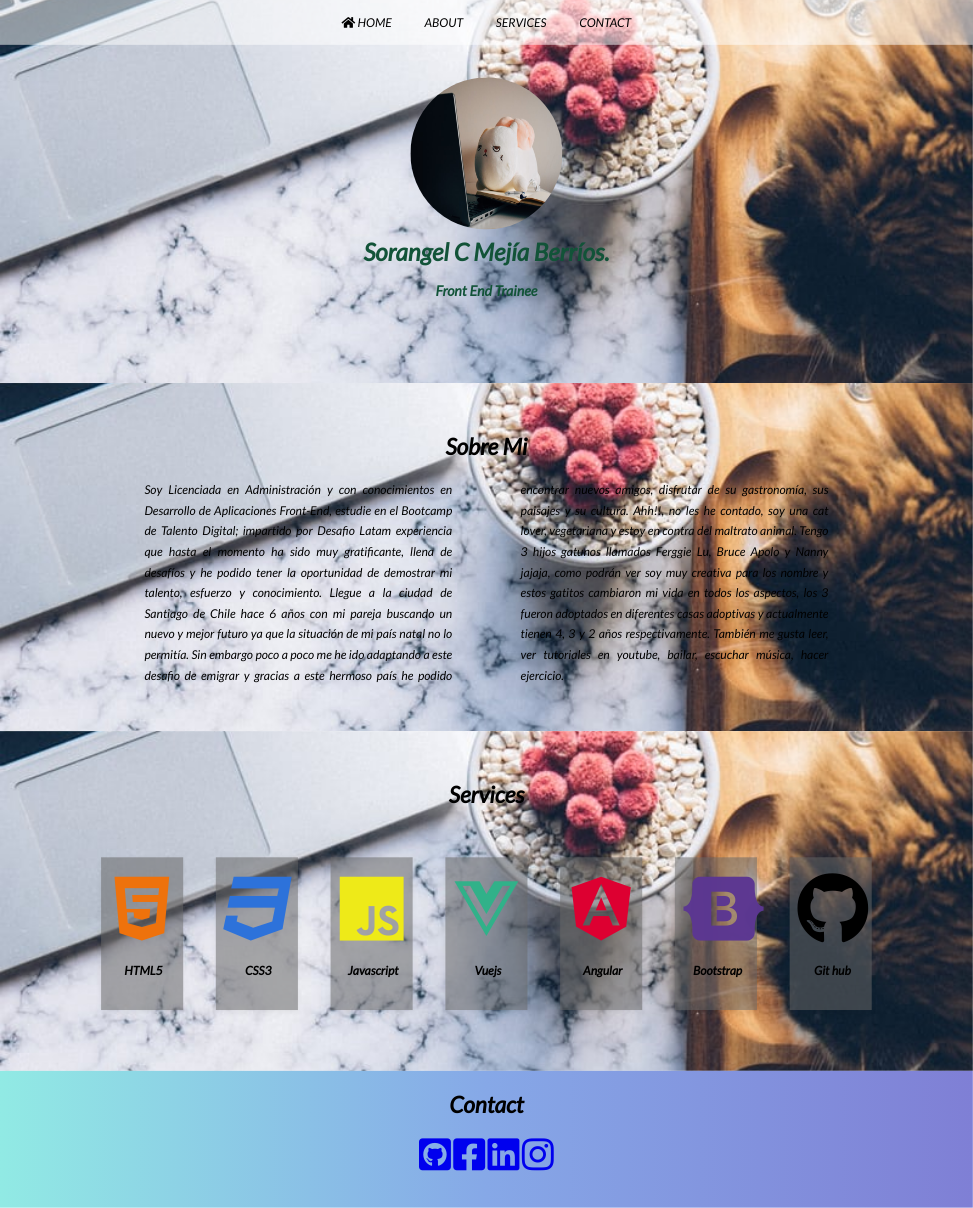
Repository: sory2311/portfolio-css
Page: index.html
An editor plug-in stored every save of this project. The page is shown before and after the next save, followed by the edit.
The browser window is 1280 px wide. The pictures show the whole page, at 76% of full size.
Backgrounds fixed to the window are drawn as part of the page. Some web libraries are served in a nearby version.

Above is the page before, as saved 2021-05-27 19:12:37.

### index.html
<!DOCTYPE html>
<html lang="en">
  <head>
    <meta charset="UTF-8" />
    <meta name="viewport" content="width=device-width, initial-scale=1.0" />
    <title>Document</title>
    <link
      rel="stylesheet"
      href="https://cdnjs.cloudflare.com/ajax/libs/font-awesome/5.14.0/css/all.min.css"
    />
    <link
      href="https://fonts.googleapis.com/css2?family=Lato:ital@1&display=swap"
      rel="stylesheet"
    />
    <link rel="stylesheet" href="./css/style.css" />
  </head>

  <body>
    <nav class="sidebar">
      <a href="#home" class="sidebar-item"><i class="fas fa-home"></i> Home</a>
      <a href="#about" class="sidebar-item">About</a>
      <a href="#services" class="sidebar-item">Services</a>
      <a href="#contact" class="sidebar-item">Contact</a>
      <a href="javscript:void(0)" class="close"><i class="fa fa-times"></i></a>
    </nav>
    <a href="javscript:void(0)" class="open"><i class="fa fa-bars"></i></a>

    <!--aqui comienza el home-->
    <header id="home">
      <img src="./img/avatar2.jpeg" alt="Mi foto" class="avatar" />
      <h1 class="header-name">Sorangel C Mejía Berríos.</h1>
      <h3 class="header-title">Front End Trainee</h3>
    </header>

    <!--aqui comienza el acerca de:-->
    <section id="about">
      <div class="container">
        <h1 class="section-title">Sobre Mi</h1>
        <p class="about-content">
          Soy Licenciada en Administración y con conocimientos en Desarrollo de Aplicaciones Front-End,
          estudie en el Bootcamp de Talento Digital; impartido por Desafio Latam
          experiencia que hasta el momento ha sido muy gratificante, llena de
          desafíos y he podido tener la oportunidad de demostrar mi
          talento, esfuerzo y conocimiento. Llegue a la ciudad de Santiago de Chile hace 6 años con mi pareja buscando un nuevo y mejor futuro
          ya que la situación de mi país natal no lo permitía. Sin embargo poco a poco me he ido adaptando a
          este desafio de emigrar y gracias a este hermoso país he podido encontrar nuevos amigos, disfrutar
          de su gastronomía, sus paisajes y su cultura.
          Ahh!!, no les he contado, soy una cat lover, vegetariana y estoy en contra del maltrato animal.
                    Tengo 3 hijos gatunos llamados Ferggie Lu, Bruce Apolo y Nanny jajaja, como podrán ver soy muy
                    creativa para los nombre y estos gatitos cambiaron mi vida en todos los aspectos, los 3
                    fueron
                    adoptados en diferentes casas adoptivas y actualmente tienen 4, 3 y 2 años respectivamente.
                    También me gusta leer, ver tutoriales en youtube, bailar, escuchar música, hacer
                    ejercicio.
        </p>
      </div>
    </section>
    <!--aqui comienza el servicios-->
    <section id="services">
      <div class="container">
        <h1 class="section-title">Services</h1>
        <div class="card">
          <i class="fab fa-html5 fa-6x icon-html5"></i>
          <div class="container">
            <h4 class="title">HTML5</h4>
          </div>
        </div>
        <div class="card">
          <i class="fab fa-css3 fa-6x icon-css3"></i>
          <div class="container">
            <h4 class="title">CSS3</h4>
          </div>
        </div>
        <div class="card">
          <i class="fab fa-js fa-6x icon-js"></i>
          <div class="container">
            <h4 class="title">Javascript</h4>

          </div>
        </div>
        <div class="card">
                <i class="fab fa-vuejs fa-6x icon-vuejs"></i>
                <div class="container">
                  <h4 class="title">Vuejs</h4>
                </div>
              </div>
              <div class="card">
                <i class="fab fa-angular fa-6x icon-angular"></i>
                <div class="container">
                  <h4 class="title">Angular</h4>

                </div>
              </div>
              <div class="card">
                    <i class="fab fa-bootstrap fa-6x icon-bootstrap"></i>
                    <div class="container">
                      <h4 class="title">Bootstrap</h4>

                    </div>
                  </div>
                  <div class="card">
                        <i class="fab fa-github fa-6x icon-github"></i>
                        <div class="container">
                          <h4 class="title">Git hub</h4>

                        </div>
                      </div>
      </div>
    </section>

    <!--aqui comienza el contacto-->
    <section id="contact">
      <div class="container">
        <h1 class="section-title">Contact</h1>
                  <div class="col-sm-6 footer">

                          <div class="icons-footer">
                              <a href="https://github.com/sory2311/" target='_blank'><i
                                      class="fab fa-github-square fa-3x"></i></a>
                              <a href="https://www.facebook.com/sory.mejiab/" target='_blank'><i
                                class="fab fa-facebook-square fa-3x"></i></a>
                              <a href="https://www.linkedin.com/in/sorangel-mejía-berrios-803b10107/" target='_blank'><i
                                class="fab fa-linkedin fa-3x"></i></a>
                              <a href="https://www.instagram.com/ferbrunny.2102/" target='_blank'><i
                                class="fab fa-instagram fa-3x"></i></a>
                          </div>
                      </div>



      </div>
    </section>

    <script src="./js/main.js"></script>
  </body>
</html>

### css/style.css
body {
   margin: 0;
   font-family: 'Lato';
}
/* aqui comienza el SIDEBAR*/

.sidebar {
    background-color: #ffffff88;
    overflow: hidden;
    position: fixed;
    text-align: center;
    top: 0;
    width: 100%;
    z-index: 3;
}

.sidebar .sidebar-item {
    color: black;
    font-size: 1em;
    padding: 20px;
    margin: 0 auto;
    text-decoration: none;
    text-transform: uppercase;
    display: inline-block;
}

.sidebar .sidebar-item:hover {
    background-color: #cccccc;

}

.sidebar .close {
    color: black;
    display: none;
    font-size: 1em;
    padding: 10px;
    position: absolute;
    top: 0;
    right: 30px;

}
.sidebar .close:hover {
    color: #3e34cc;
}

.open {
    color: #3e34cc;
    display: none;
    font-size: 1em;
    position: absolute;
    right: 12%;
    padding: 10px;
    top: 0;
    z-index: 2;
}
/* aqui TERMINA el SIDEBAR*/

/* aqui COMIENZA el HOME*/

#home {
    width: 100%;
    height: 70vh;
    display: flex;
    flex-direction: column;
    justify-content: center;
    align-items: center;
    background-attachment: fixed;
    background-image: url(../img/fondo/fondo7.jpeg);
    background-position: center center;
    background-size: cover;
}

#home .avatar {
    border-radius: 100px;
    width:200px;
    height:200px;



}
#home .header-name, #home .header-title{
text-align: center;
margin: 10px;
color: rgb(18, 83, 56);
}

/* aqui Termina el HOME*/


/* ---------  aqui COMIENZA el ABOUT*/

#about {
    width: 100%;
    height: auto;
    text-align: center;
    background-attachment: fixed;
    background-image: url(../img/fondo/fondo7.jpeg);
    background-position: center center;
    background-size: cover;

}

#about .container {
    width: 100%;
    max-width: 1200px;
    margin: 0 auto;
    padding-top: 40px;
    padding-bottom: 40px;
}

#about .container .about-content{
    text-align: justify;
    column-count: 2;
    column-gap: 10%;
    margin: 20px auto;
    line-height: 1.7em;
    width: 75%;
}
/* ------------  aqui Termina el ABOUT    */


 /* LA SESION TITLE SE REFERIERE A TODOS NUESTROS H1*/
 .section-title {
     font-size: 30px;
     color: black;
     text-align: center;
 }
 /* LA SESION TITLE SE REFERIERE A TODOS NUESTROS H1*/


/* ------------  aqui COMIENZA el SERVICES   */

 #services {
     width: 100%;
     background-attachment: scroll;
     background-position: center center;
     background-size: cover;
     background-image: url(../img/fondo/fondo7.jpeg);
 }

 #services .container{
    width: 100%;
    max-width: 1200px;
    margin: 0 auto;
    text-align: center;
    padding-top: 40px;
    padding-bottom: 40px;
 }

 #services .container .card{
     background-color: #66666688;
     box-shadow: 0 4px 8px 0 #00000011;
     display: inline-block;
     margin: 40px 20px;
     padding: 20px 10px;
     width: 88px;
     text-align: center;
 }

 #services .container .card .container{
     padding: 2px;
     text-align: center;
 }

 #services .container .card .container h4,
 #services .container .card .container p {
    text-align: center;
    display: block;
 }

 #services .container .card .icon-html5 {
color: rgb(238, 114, 12)
 }

 #services .container .card .icon-css3 {
     color: rgb(45, 114, 218)
}
#services .container .card .icon-js {
    color: rgb(238, 234, 24)
}

#services .container .card .icon-vuejs {
    color: #31b189;
}

#services .container .card .icon-bootstrap {
    color: #5b3791fb;
}
#services .container .card .icon-angular {
    color: #DD0031;
}

/* ------------  aqui COMIENZA el CONTACTOS   */
#contact {
    width: 100%;
    height: 25vh;
    text-align: center;
    background-attachment: fixed;
    background: #7F7FD5;  /* fallback for old browsers */
    background: -webkit-linear-gradient(to right, #91EAE4, #86A8E7, #7F7FD5);  /* Chrome 10-25, Safari 5.1-6 */
    background: linear-gradient(to right, #91EAE4, #86A8E7, #7F7FD5); /* W3C, IE 10+/ Edge, Firefox 16+, Chrome 26+, Opera 12+, Safari 7+ */
    display: flex;
    flex-direction: column;



    /*background-image: url(../img/fondo/fondo3.jpeg);
    background-position: center center;
    background-size: cover;*/
}






/*PARA TRABAJAR CON MEDIA QUERIES*/

@media only screen and (min-width: 375px) and (max-width: 410px) {
    #home .avatar {
        width: 50%;
    }

    #about .container .about-content {
        text-align: justify;
        column-count: 1;
        margin: 20px auto;
        line-height: 1.7em;
        width: 75%;
    }

}

@media only screen and (min-width: 411px) and (max-width: 767px) {
    .sidebar {
        background-color: #3e34cc;
        height: 100%;
        padding-top: 40px;
        position: fixed;
        overflow-x: hidden;
        text-align: center;
        top: 0;
        transition: .5s;
        width: 0;
        z-index: 3;
    }

    .sidebar .sidebar-item {
        padding: 10px 0;
        margin: 0 auto;
        text-decoration: none;
        color: #fff;
        font-size: .8em;
        text-transform: uppercase;
        display: block;
        transition: .5s;
    }

    .sidebar .close {
        display: block;
        z-index: 3;
    }

    .open {
        display: block;
        font-size: 1em;
        z-index: 2;
    }

    #home .avatar {
        width: 75%;
    }

    #about .container .about-content {
        text-align: justify;
        column-count: 1;
        margin: 20px auto;
        line-height: 1.7em;
        width: 75%;
    }



}

@media only screen and (min-width: 768px) and (max-width: 1024px) {

    .sidebar {
        background-color: #3e34cc;
        height: 100%;
        padding-top: 40px;
        position: fixed;
        overflow-x: hidden;
        text-align: center;
        top: 0;
        transition: .5s;
        width: 0;
        z-index: 3;
    }

    .sidebar .sidebar-item {
        padding: 10px 0;
        margin: 0 auto;
        text-decoration: none;
        color: #fff;
        font-size: .8em;
        text-transform: uppercase;
        display: block;
        transition: .5s;
    }

    .sidebar .close {
        display: block;
        z-index: 3;
    }

    .open {
        position: fixed;
        display: block;
        font-size: 1em;
        z-index: 2;
    }

    #home .avatar {
        width: 300px;
    }
}

Loaded but not shown: js/main.js (no copy from this time; the picture is the same without it)

After the next save:
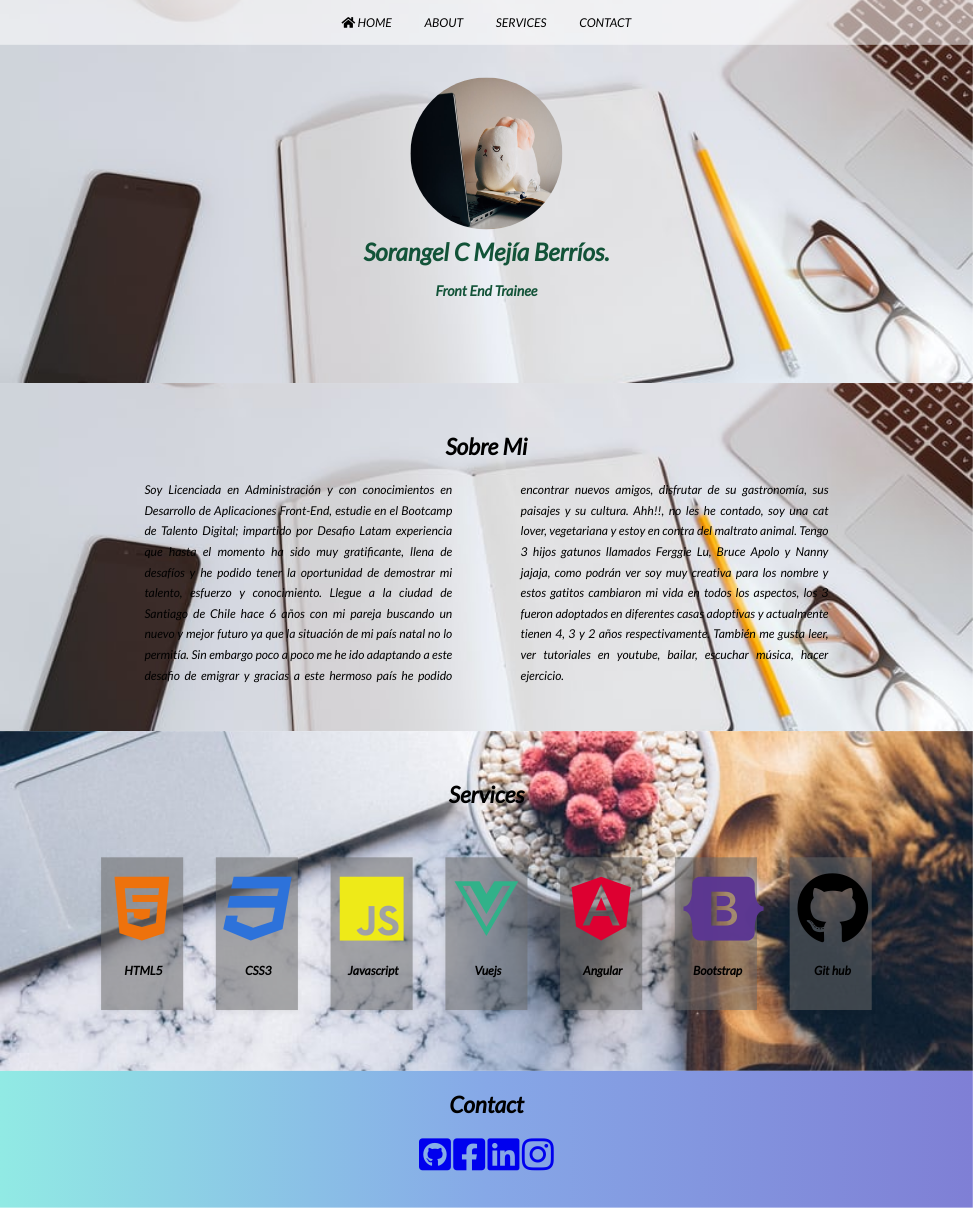
Saved 24 s later.
--- a/css/style.css
+++ b/css/style.css
@@ -65,7 +65,7 @@
     justify-content: center;
     align-items: center;
     background-attachment: fixed;
-    background-image: url(../img/fondo/fondo7.jpeg);
+    background-image: url(../img/fondo/fondo4.jpeg);
     background-position: center center;
     background-size: cover;
 }
@@ -94,7 +94,7 @@
     height: auto;
     text-align: center;
     background-attachment: fixed;
-    background-image: url(../img/fondo/fondo7.jpeg);
+    background-image: url(../img/fondo/fondo4.jpeg);
     background-position: center center;
     background-size: cover;
 
